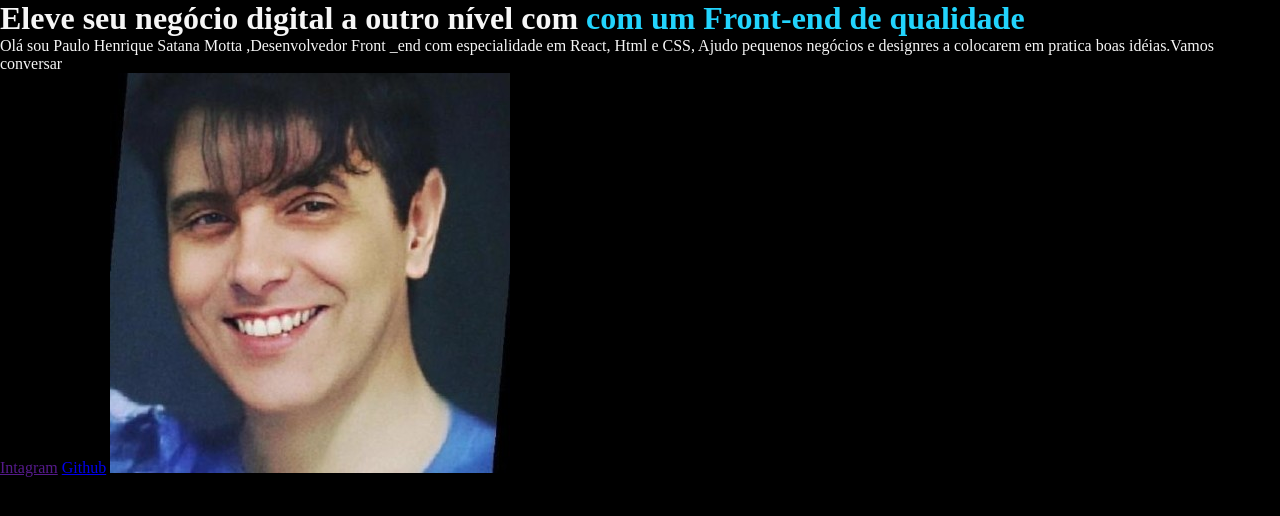
Repository: phsmottanerd/projeto-portfolio-alura
Page: index.html
An editor plug-in stored every save of this project. The page is shown before and after the next save, followed by the edit.
The browser window is 1280 px wide. The pictures show the whole page.

Above is the page before, as saved 2025-01-21 19:44:31.

After the next save:
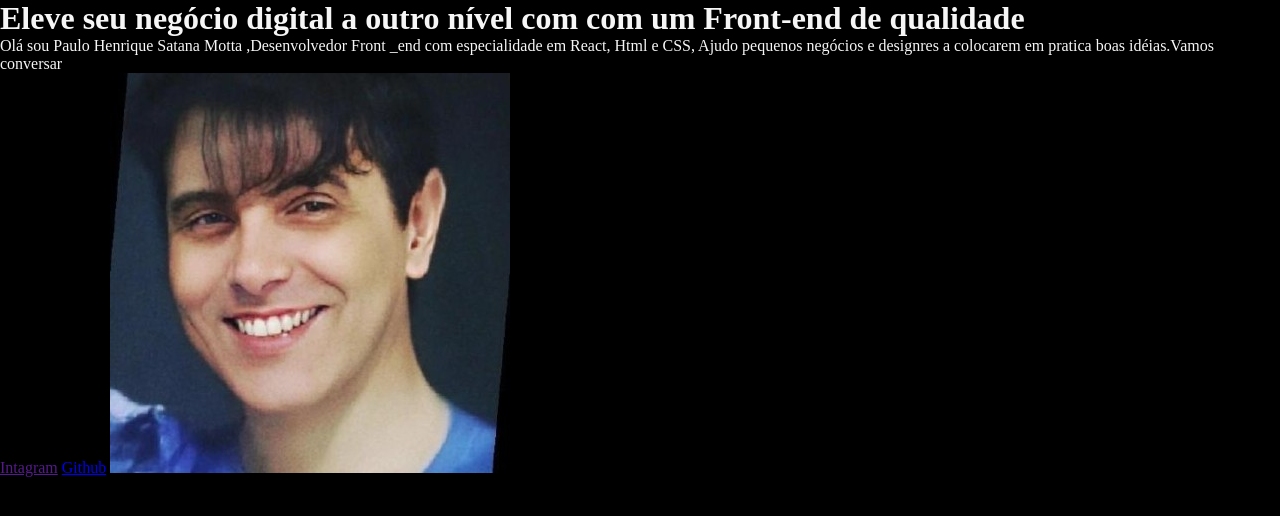
Saved 2 min 41 s later.
--- a/style.css
+++ b/style.css
@@ -9,7 +9,7 @@ body{
 background-color:black;
 color:#f6f6f6;
 }
-strong{
-color:#22D4FD;
+titulo-destaque{
+
 
 }
